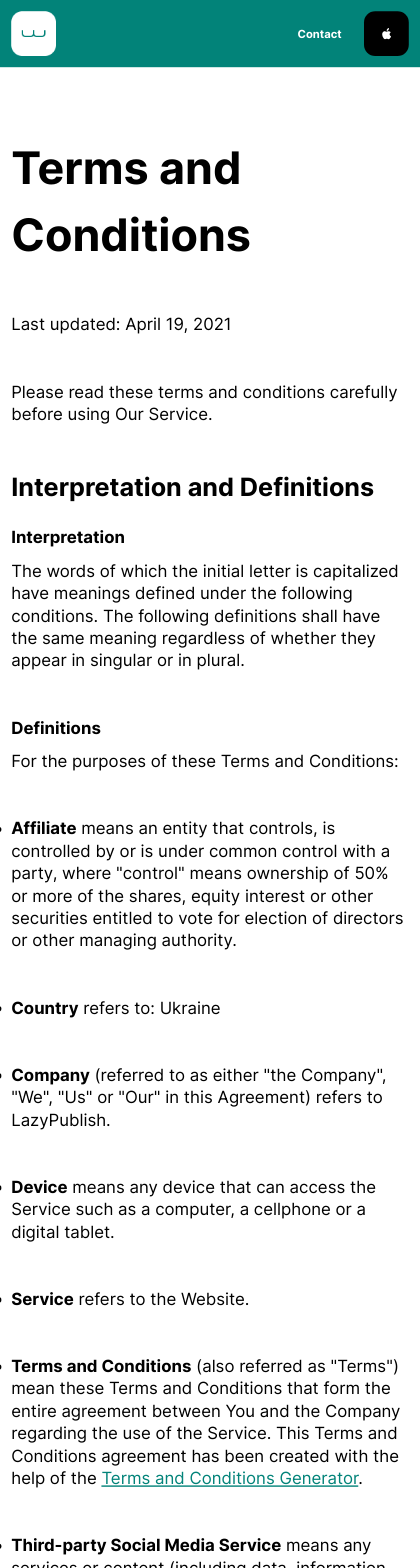
Repository: StragelX/LazyPublish
Page: terms.html
The author's editor kept a copy of each file at every save. The page is drawn from the files as they stood at one save, then again after the next save.
The browser window is 600 px wide. The pictures show the part of the page from y = 0 to 2240 px (the page is 11925 px tall before and 8229 px after), at 70% of full size.
The style sheet was rebuilt from its Sass, Less or Tailwind sources for each picture, by a compiler version that may differ from the author's.

Above is the page before, as saved 2021-08-03 18:39:25.

After the next save:
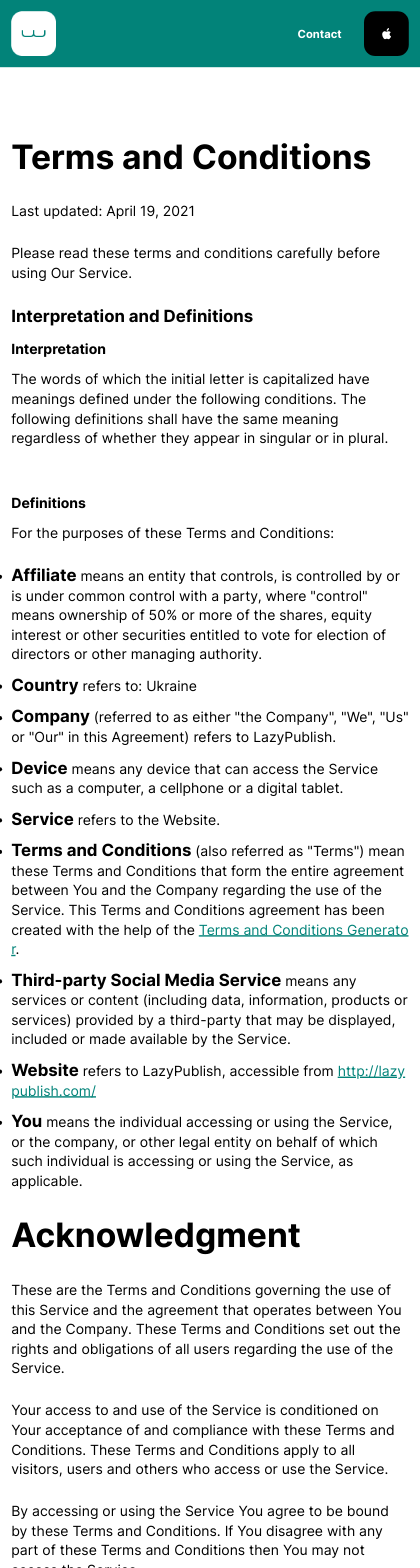
Saved 4 min 55 s later.
--- a/css/styles.scss
+++ b/css/styles.scss
@@ -552,6 +552,12 @@
     line-height: 96px;
     margin-bottom: 64px;
     text-align: left;
+
+    @media all and (max-width: 767px) {
+      font-size: 48px;
+      line-height: 64px;
+      margin-bottom: 32px;
+    }
   }
 
   h2 {
@@ -561,6 +567,12 @@
     line-height: 48px;
     margin-bottom: 32px;
     text-align: left;
+
+    @media all and (max-width: 767px) {
+      font-size: 24px;
+      line-height: 32px;
+      margin-bottom: 16px;
+    }
   }
 
   h3,
@@ -571,6 +583,11 @@
     line-height: 32px;
     margin-bottom: 16px;
     text-align: left;
+
+    @media all and (max-width: 767px) {
+      font-size: 20px;
+      line-height: 28px;
+    }
   }
 
   p {
@@ -580,12 +597,39 @@
     font-weight: 400;
     line-height: 32px;
     margin-bottom: 64px;
+
+    @media all and (max-width: 767px) {
+      font-size: 20px;
+      line-height: 28px;
+      margin-bottom: 32px;
+    }
+  }
+
+  ul {
+    margin-bottom: 64px;
+
+    @media all and (max-width: 767px) {
+      margin-bottom: 32px;
+    }
   }
 
   li {
     color: #000000;
     font-size: 24px;
     font-weight: 400;
+
+    @media all and (max-width: 767px) {
+      font-size: 20px;
+      line-height: 28px;
+    }
+
+    & + li {
+      margin-top: 16px;
+    }
+
+    p {
+      margin-bottom: 0;
+    }
   }
 
   strong {
@@ -598,6 +642,7 @@
   a {
     color: #028379;
     text-decoration: underline;
+    word-break: break-all;
 
     &:hover {
       text-decoration: none;
